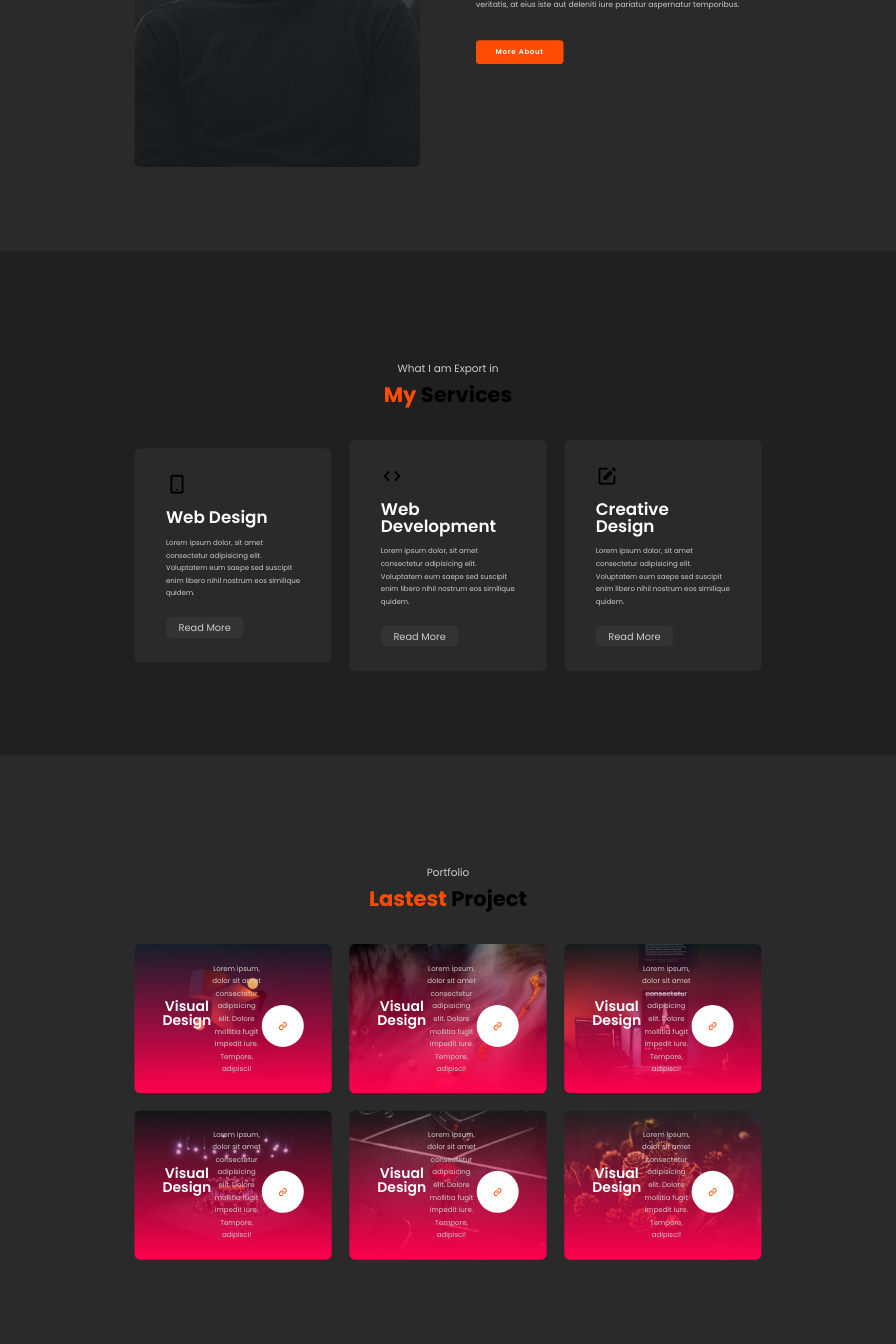
Repository: HungNg99/Protifolio2
Page: Portfolio/index.html
An editor plug-in stored every save of this project. The page is shown before and after the next save, followed by the edit.
The browser window is 1280 px wide. The pictures show the part of the page from y = 1311 to 3231 px (the page is 3231 px tall), at 70% of full size.

Above is the page before, as saved 2022-12-12 15:03:41.

After the next save:
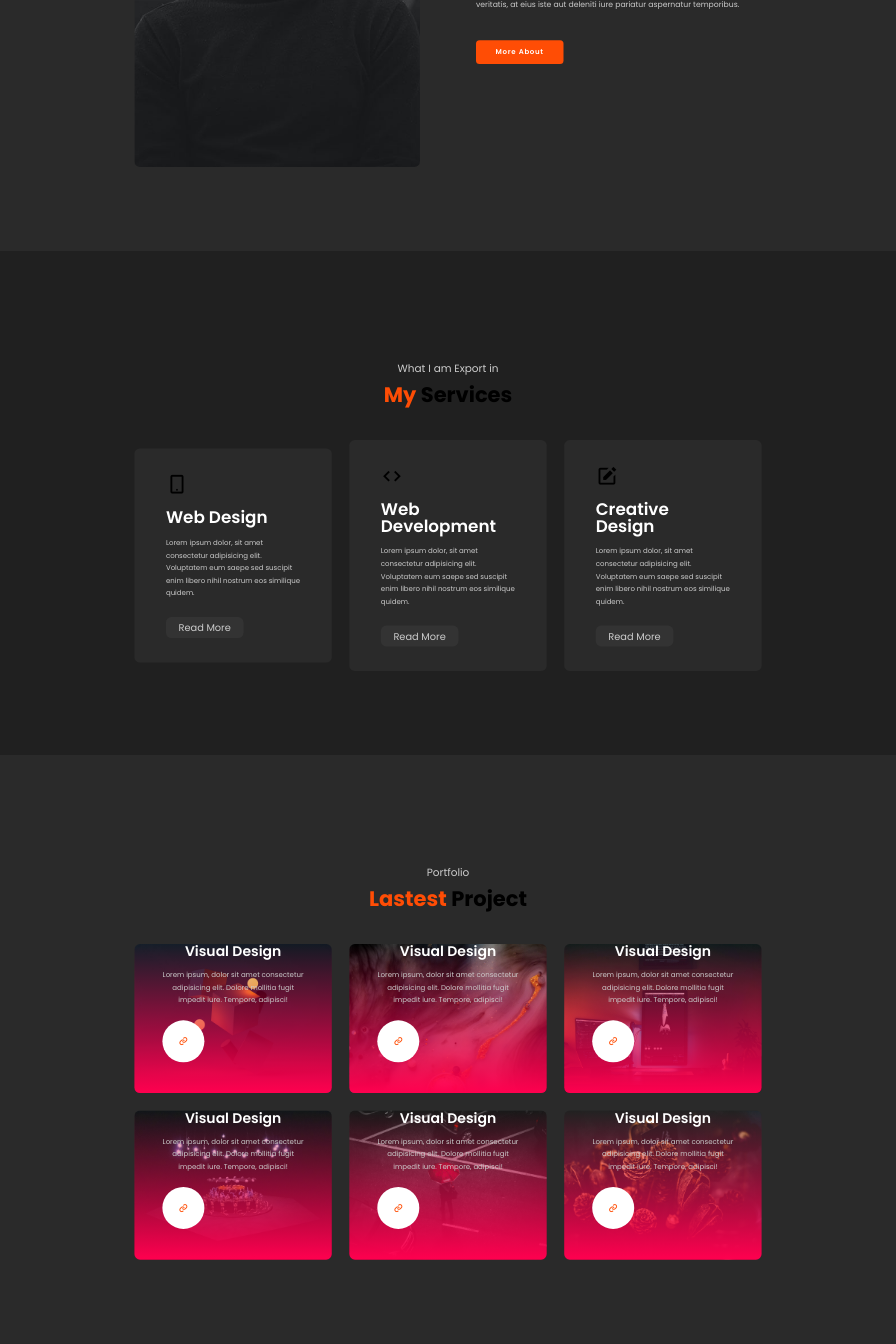
Saved 9 s later.
--- a/Portfolio/style.css
+++ b/Portfolio/style.css
@@ -310,7 +310,7 @@ header.sticky{
     left: 0;
     bottom: 0;
     overflow: hidden;
-    display: inline-flex;
+    display: inline-block;
     align-items: center;
     justify-content:center;
     text-align: center;
